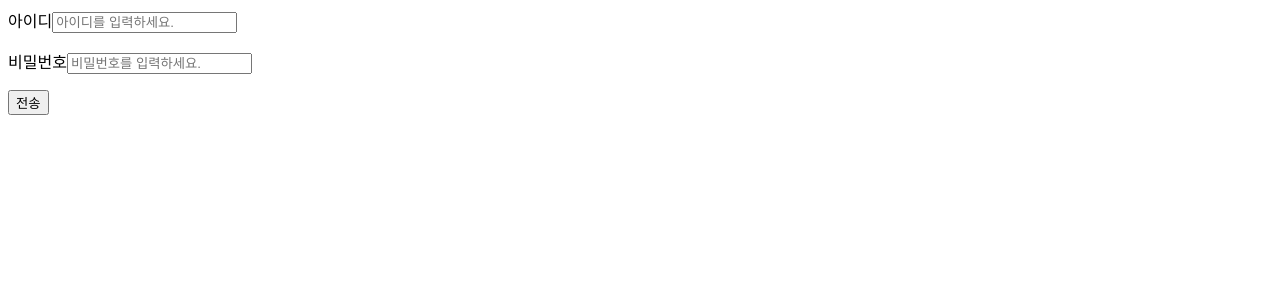
Repository: jiihyun12/jsp_study
Page: http://localhost/servlet/intro.jsp
The author's editor kept a copy of each file at every save. The page is drawn from the files as they stood at one save, then again after the next save.
The browser window is 1280 px wide. The pictures show the whole page.
The page is served by Tomcat 9.

Above is the page before, as saved 2025-03-05 02:01:52.
Console error: SyntaxError: Unexpected token ')'

After the next save:
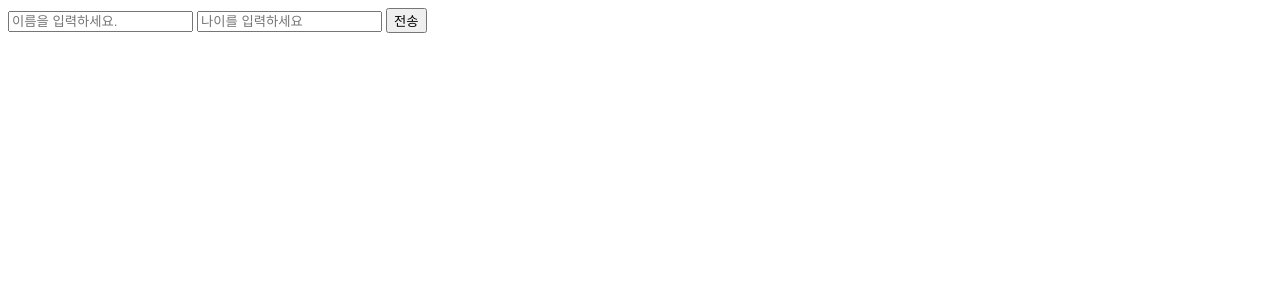
The error is gone.
Saved 19 min 5 s later.
--- a/servlet/src/main/webapp/intro.jsp
+++ b/servlet/src/main/webapp/intro.jsp
@@ -7,65 +7,44 @@
 <title>Insert title here</title>
 </head>
 <body>
-	<%-- <%
-	for(int i = 0; i < 10; i++){
-	%>
-	<h1>안녕하세요</h1>
-	<%
-		}
-	%> --%>
+<%--
+<%
+      for(int i = 0; i < 10; i++){
+   %>
+      <h1>안녕하세요^_^</h1>
+   <%
+      }
+   %>
+   --%>
 
-	<!--
-		이름과 나이를 입력받아서
-		나이와 만 나이를 서블리에서 계산 후 화면에 응답해주는 페이지 제작
-		* 이름과 나이는 모두 유효성 검사 필수
-	 -->
+   <!--
+      실습 시간 15분
+      이름과 나이를 입력 받아서
+      나이와 만 나이를 서블리에서 계산 후 화면에 응답해주는 페이지 제작
+      *이름과, 나이는 모두 유효성 검사 필수
+    -->
 
+   <form method="post" action="home">
+      <input name='name' placeholder="이름을 입력하세요." />
+      <input name='age' placeholder="나이를 입력하세요" />
+      <button id='submit-button' type='button'>전송</button>
+   </form>
 
-	<!-- <form method="post" action="home">
-		<input name='name' placeholder="이름을 입력하세요" />
-		<button>전송</button>
-	</form> -->
+</body>
+<script type="text/javascript">
+   const form = document.querySelector("form");
+   const button = document.querySelector("#submit-button");
+   const inputs = document.querySelectorAll("input");
 
-	<body>
-  		<form>
-    	<div>
-      		<span>아이디</span><input class="confirm" type="text" name="id" placeholder="아이디를 입력하세요." />
-    	</div>
-
-    	<p id="id-result"></p>
-
-    	<div>
-      		<span>비밀번호</span><input class="confirm" type="password" name="password" placeholder="비밀번호를 입력하세요." />
-    	</div>
-
-    	<p id="password-result"></p>
-    		<button type="button">전송</button>
- 		</form>
-	</body>
-
-<script type= "text/javascript">
-	const inputs = document.querySelectorAll(".confirm");
-	const button = document.querySelector)("button");
-	const id = document.querySelector("input[name='id']");
-	const password = document.querySelector("input[name='password']");
-	const form = document.querySelector("form");
-	const idResult = document.querySelector("#id-result");
-	const passwordResult = document.querySelector("#password-result");
-
-	inputs.forEach((input, i) => {
-	    input.addEventListener("click", (e) => {
-	      const target = e.target;
-		if (name === "id") {
-			nameResult.innerText = "이름을 입력하세요!";
-			isValid = false;
-		} else {
-			nameResult.innerText = "";
-		}
-		if( password === "" )
-
-	});
-
+   button.addEventListener("click", () => {
+      console.log("버튼 클릭!")
+      inputs.forEach((input) => {
+         if(!input.value){
+            alert(input.name + "값을 입력하세요.")
+            return;
+         }
+      })
+      form.submit();
+   })
 </script>
-
 </html>
